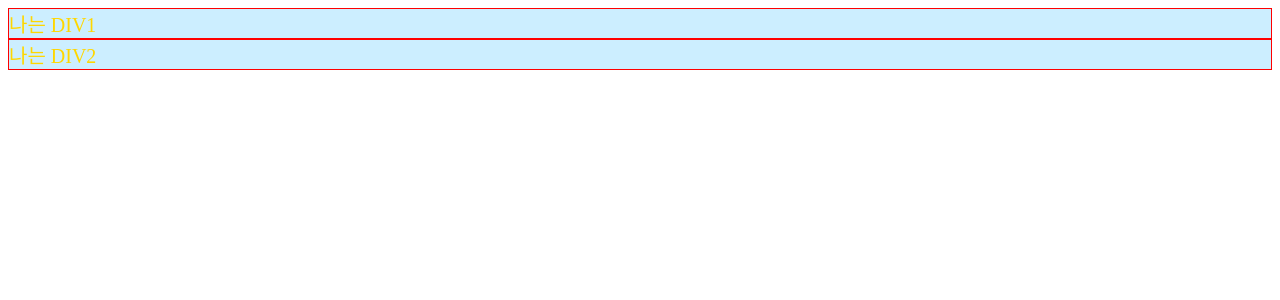
Repository: gold37/JAVA_HOME
Page: myjsp/myjsp/HTML5/WebContent/ch01_cssOrder/cssOrder.html
An editor plug-in stored every save of this project. The page is shown before and after the next save, followed by the edit.
The browser window is 1280 px wide. The pictures show the whole page.

Above is the page before, as saved 2020-04-22 05:23:48.

### myjsp/myjsp/HTML5/WebContent/ch01_cssOrder/cssOrder.html
<!DOCTYPE html>
<html>
<head>
<meta charset="UTF-8">
<title>CSS의 우선순위에 대해 알아보자</title>

<link rel="stylesheet" href="mycss.css">


<style type="text/css">

/*
	css 주석은 /* 얘고, 본문 주석은 <!-- --> 이거랍니다

	== css 우선순위 ==

	!important(css 강제적용) > 해당 태그에 직접준 것 (인라인 방식) > html 파일에서 준 style 태그(임베디드 방식) > 외부에 있는 .css 파일을 로드한것 ( ex) <link rel="stylesheet" href="mycss.css"> )


*/

div {

	border: solid 1px blue; /* border = 실선 테두리의 1px 두께의 파란색 */
	background-color : #cceeff !important; /* 배경색 연파랑색 강제로 최우선 */

	color: gold; /* 글자색 */

}

</style>


</head>


<body>

<div style="border: solid 1px red; background-color: #FFB2F5;">나는 DIV1</div>
<div style="border: solid 1px red; background-color: #FFB2F5;">나는 DIV2</div>


</body>
</html>

### myjsp/myjsp/HTML5/WebContent/ch01_cssOrder/mycss.css
@charset "UTF-8";

div {

	border: solid 3px pink; /* 테두리 실선 두께 (1px) 핑크색 */
	background-color : #A566FF; /* 배경색 */

	font-size: 15pt; /* 글자크기 */

}

After the next save:
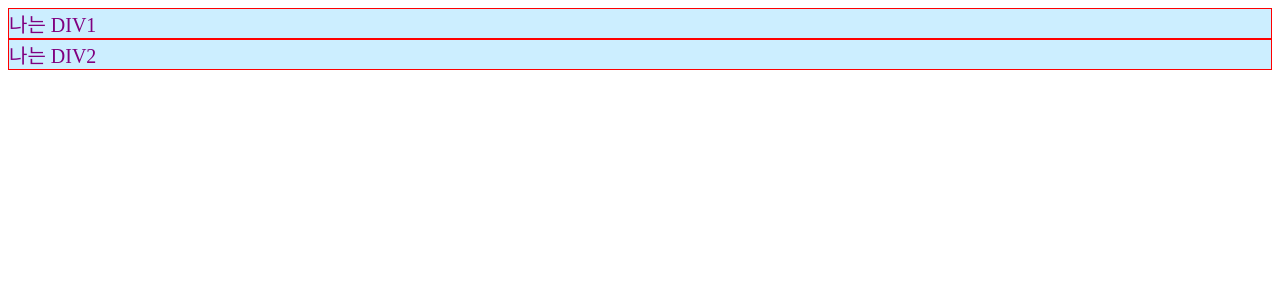
Saved 53 s later.
--- a/myjsp/myjsp/HTML5/WebContent/ch01_cssOrder/cssOrder.html
+++ b/myjsp/myjsp/HTML5/WebContent/ch01_cssOrder/cssOrder.html
@@ -24,7 +24,7 @@ div {
 	border: solid 1px blue; /* border = 실선 테두리의 1px 두께의 파란색 */
 	background-color : #cceeff !important; /* 배경색 연파랑색 강제로 최우선 */
 
-	color: gold; /* 글자색 */
+	color: purple; /* 글자색 */
 
 }
 
